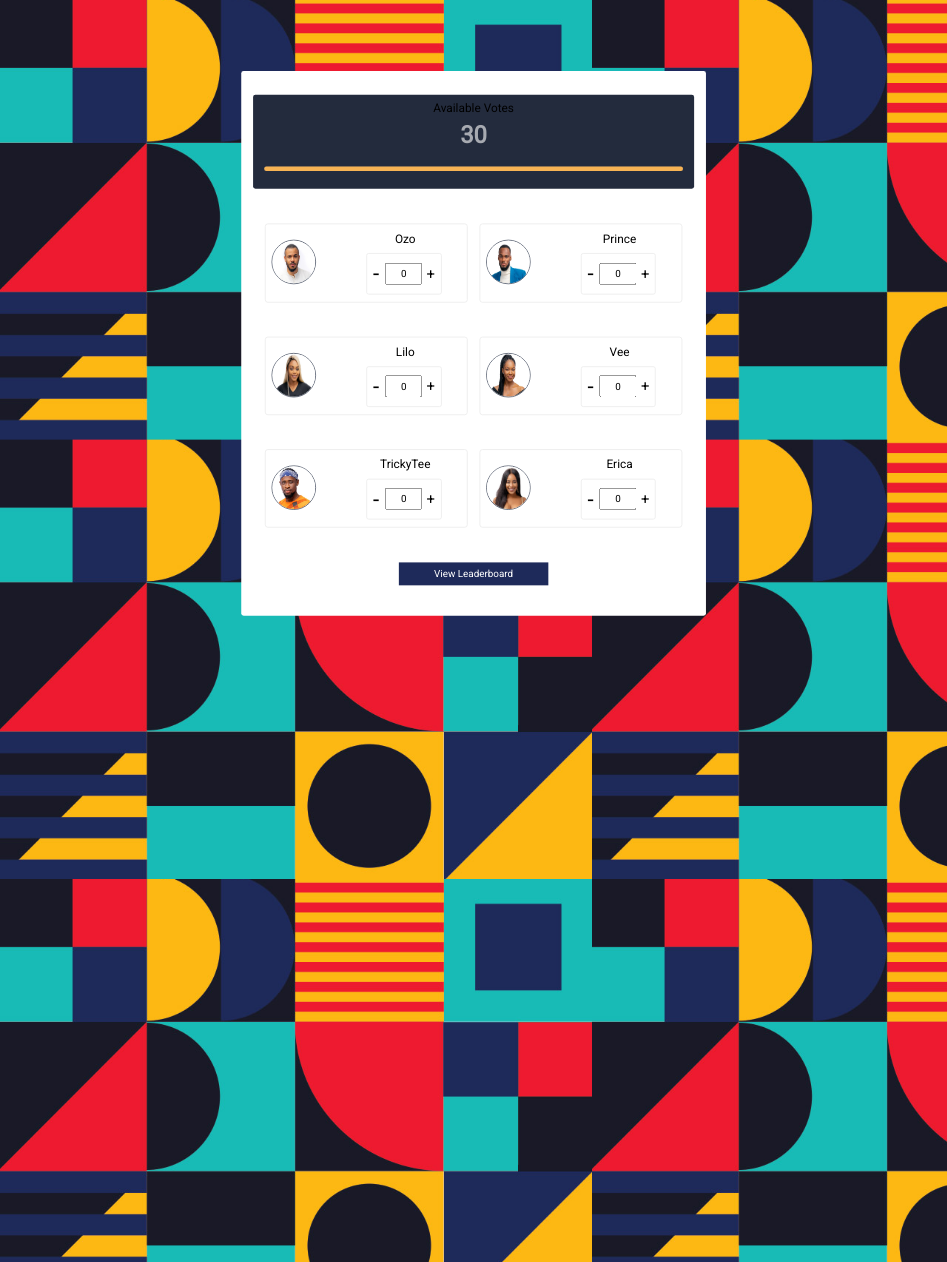
Repository: Eredun/bbn-voting
Page: index.html
These files come from the project's save history. The page is drawn as it stood at one moment and after the next save; the edit follows.
The browser window is 1280 px wide. The pictures show the whole page, at 74% of full size.

Above is the page before, as saved 2020-08-23 23:18:34.

After the next save:
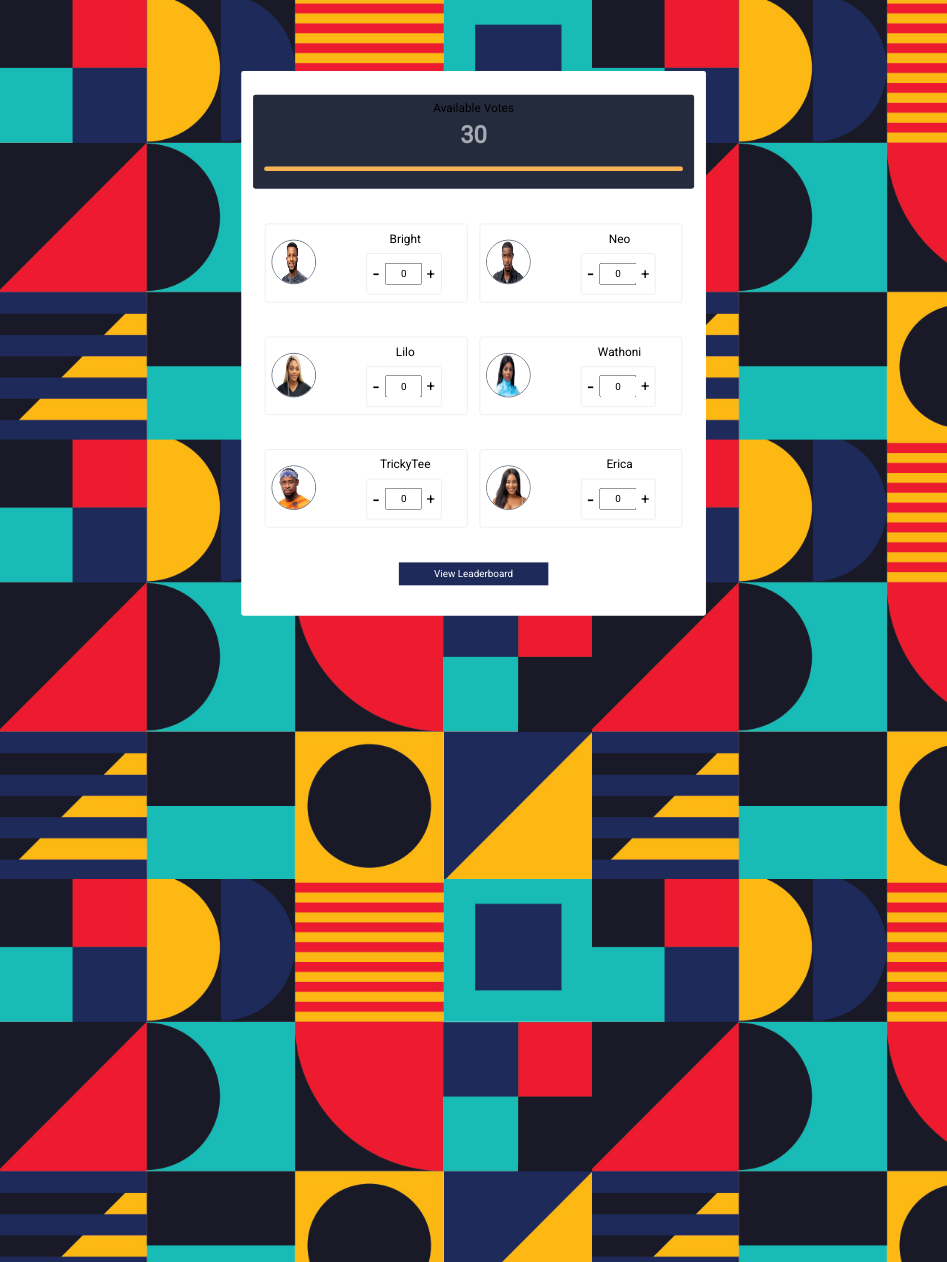
Saved 2 min 18 s later.
--- a/index.html
+++ b/index.html
@@ -22,10 +22,10 @@
         <div class="user-card">
           <div class="user">
             <div class="user-img">
-              <img src="./img/Ozo.jpg" alt="Ozo">
+              <img src="./img/Bright.png" alt="Bright">
             </div>
             <div class="user-info">
-              <span class="username">Ozo</span>
+              <span class="username">Bright</span>
               <div class="vote-container">
                 <button class="minus">-</button>
                 <!-- <span class="votes">0</span> -->
@@ -36,10 +36,10 @@
           </div>
           <div class="user">
             <div class="user-img">
-              <img src="./img/Prince.jpg" alt="Prince">
+              <img src="./img/Neo.png" alt="Neo">
             </div>
             <div class="user-info">
-              <span class="username">Prince</span>
+              <span class="username">Neo</span>
               <div class="vote-container">
                 <button class="minus">-</button>
                 <!-- <span class="votes">0</span> -->
@@ -64,10 +64,10 @@
           </div>
           <div class="user">
             <div class="user-img">
-              <img src="./img/Vee.jpg" alt="Vee">
+              <img src="./img/Wathoni.jpg" alt="Wathoni">
             </div>
             <div class="user-info">
-              <span class="username">Vee</span>
+              <span class="username">Wathoni</span>
               <div class="vote-container">
                 <button class="minus">-</button>
                 <!-- <span class="votes">0</span> -->
